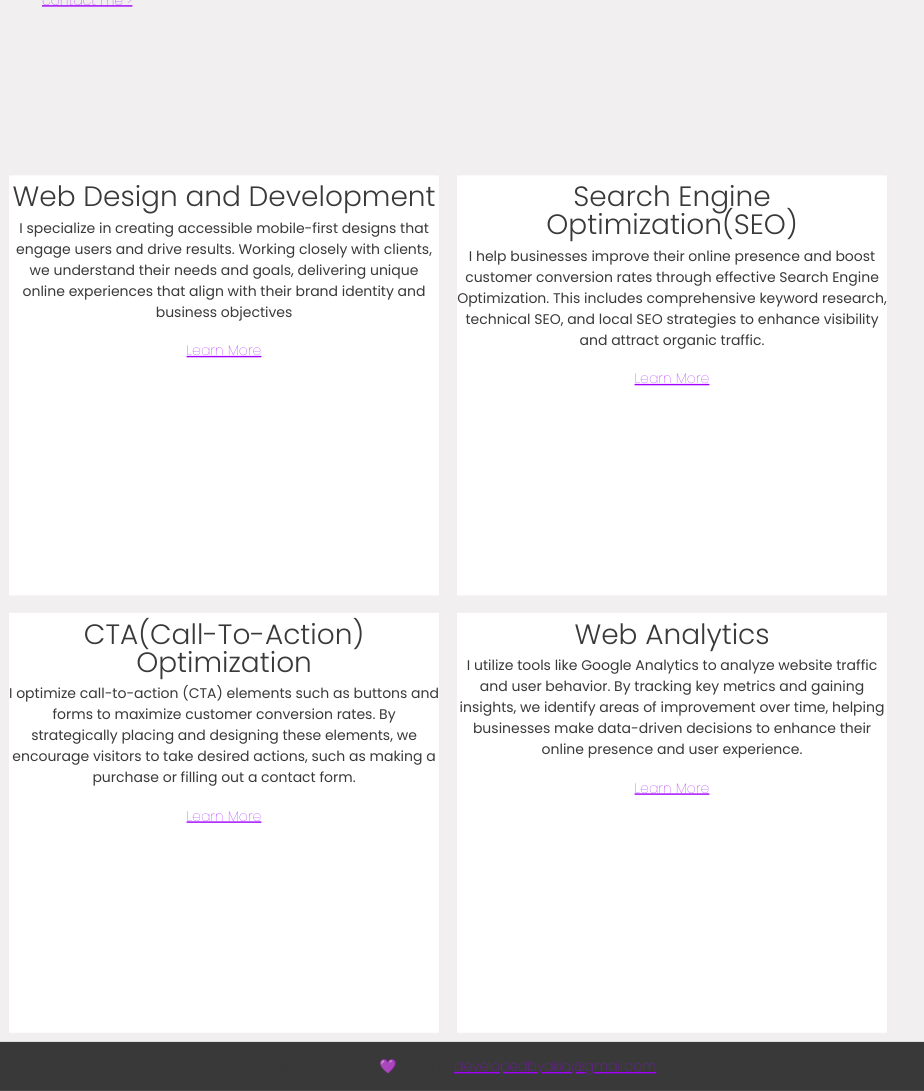
Repository: akiachenise/akiachenise.github.io
Page: index.html
The author's editor kept a copy of each file at every save. The page is drawn from the files as they stood at one save, then again after the next save.
The browser window is 1280 px wide. The page is 1320 px wide, so the pictures cover 1320 px, including what lies to the right of the window. The pictures show the part of the page from y = 499 to 2379 px (the page is 2057 px tall before and 3270 px after), at 70% of full size.

Above is the page before, as saved 2023-06-09 08:14:04.

### index.html
<!DOCTYPE html>
<html lang = "en">
<head>
     <meta charset="utf-8" />
     <title>Developed By Akia</title>
     <link rel="stylesheet" href="css/styles.css" />
     <meta name="viewport" content="width=device-width, initial-scale=1">
</head>
<body>
    <header>
        <div class="switch">
            <div class="flicker"></div>
            <div class="moon"></div>
        </div>
    </header>

    <section class="main">
        <div class="main-text">
            <h1>Hi I'm Akia</h1>
            <p>I'm a Full Stack Software Developer, and Accessibility Advocate</p>
            <br/>
            <p>I am passionate about Mindful Web Development and creating user-centric experiences</p>
            <br/>
            <a href="#footer">contact me ></a>
        </div>

        <div class="hero-image">
            <div class="cube" id="react"></div>
            <div class="cube" id="javascript"></div>
            <div class="cube" id="html"></div>
            <div class="cube" id="css"></div>
        </div>

        </section>
    <section class="sub-section">
        <div class="square" id="web-design">
            <h2>Web Design and Development</h2>
            <p>I specialize in creating accessible mobile-first designs that engage users and drive results. Working closely with clients, we understand their needs and goals, delivering unique online experiences that align with their brand identity and business objectives</p>
            </br>
            <a href="">Learn More</a>
        </div>
        <div class="square" id="search-engine">
            <h2>Search Engine Optimization(SEO)</h2>
            <p>I help businesses improve their online presence and boost customer conversion rates through effective Search Engine Optimization. This includes comprehensive keyword research, technical SEO, and local SEO strategies to enhance visibility and attract organic traffic.</p>
            </br>
            <a href="">Learn More</a>
        </div>
        <div class="square" id="call-to-action">
            <h2>CTA(Call-To-Action) Optimization</h2>
            <p>I optimize call-to-action (CTA) elements such as buttons and forms to maximize customer conversion rates. By strategically placing and designing these elements, we encourage visitors to take desired actions, such as making a purchase or filling out a contact form.</p>
            </br>
            <a href="">Learn More</a>
        </div>
        <div class="square" id="web-analytics">
            <h2>Web Analytics</h2>
            <p>I utilize tools like Google Analytics to analyze website traffic and user behavior. By tracking key metrics and gaining insights, we identify areas of improvement over time, helping businesses make data-driven decisions to enhance their online presence and user experience.</p>
            </br>
            <a href="">Learn More</a>
        </div>
<!--<div class="square" id="coming-soon"></div>
            <h2>COMING SOON: Mindful Melanin</h2>
            <p>As an additional offering, I am developing an accessible web application called Mindful Melanin. This platform empowers black women by providing daily affirmations, journaling spaces, and goal setting and tracking features. It promotes self-care, mental well-being, and personal growth in a modern and accessible way.</p>
            </br>
            <a href="">Learn More</a>
        </div>-->
    </section>

        <footer id ="footer">
            <p>Developed with 💜 By Akia <a href="mailto:developedbyakia@gmail.com">developedbyakia@gmail.com</a></p>


            <script src="js/scripts.js"></script>
        </body>
    </html>

### css/styles.css
@import url('https://fonts.googleapis.com/css2?family=Poppins:ital,wght@0,100;0,200;0,300;0,400;0,500;0,600;0,700;0,800;0,900;1,100;1,200;1,400;1,500;1,600;1,700;1,800;1,900&display=swap');

body {
    transition: 0.3s;
    margin: 0;
    padding: 0;
    background-color: rgb(241, 239, 239);
    font-family: 'Poppins', sans-serif;
    color: rgb(57, 57, 57);
}

h1 {
    font-size: 70px;
    line-height:70px;
    font-weight: 300;
    margin: 10px 0;
}

h2 {
    font-size: 40px;
    line-height: 40px;
    font-weight: 300;
    margin: 10px 0;
}

p {
    margin: 0px;
    font-size: 20px;
}

a {
    color:rgb(162, 0, 255);
    font-size: 20px;
    font-weight: 100;
}

.dark a {
    color: rgb(246, 169, 241);
}


header {
    display: flex;
    justify-content: flex-end;
    padding: 30px;
}

.switch {
  width: 80px;
  height: 40px;
  border-radius: 20px;
  background-color: rgb(39, 38, 38);
  position: relative;
}

.flicker {
  width: 30px;
  height: 30px;
  border-radius: 15px;
  background-color: rgb(255, 255, 255);
  position: absolute;
  top: 5px;
  left: 5px;
  transition: 0.3s;
  box-shadow:
    inset 4px 4px 4px rgb(255, 255, 255),
    inset -4px -4px 4px rgb(195 193 198 / 90%);
}

.dark {
    background-color: rgb(57, 57, 57);
    transition: 0.3s;
}

.moon {
    width: 20px;
    height: 20px;
    border-radius: 10px;
    box-shadow: 4px 4px 0 0 rgb(255, 255, 255);
    position: absolute;
    top: 5px;
    left: 45px;
}

.dark .flicker {
    transform: translateX(40px);
    transition: 0.3s;
}

.dark > * {
    color: rgb(255, 255, 255);
}

.main{
    height: 80vh;
    display: flex;
    flex-direction: row;
    justify-content: space-between;
    align-items: center;
    padding: 30px;
}
.main-text {
    padding: 30px;
    margin-bottom: 100px;
}

.square {
    width: 98%;
    margin: 1%;
    height: 350px;
    background-color: rgb(255, 255, 255);
    text-align: center;
}

.dark .square {
    background-color: rgb(71, 71, 71);
}
/*#web-design {
    background-image: url("../images/web-design.png");
    background-size: cover;
}

#search-engine {
    background-image: url("../images/search-engine.png");
    background-size: cover;
}

#call-to-action {
    background-image: url("../images/call-to-action.png");
    background-size: cover;
}

#web-analytics {
    background-image: url("../images/web-analytics.png");
    background-size: cover;
}

#coming-soon {
    background-image: url("../images/coming-soon-light.png");
    background-size: cover;
}
.dark #coming-soon {
    background-image: url("../images/coming-soon-dark.png");
    background-size: cover;
}*/

.sub-section {
    display: flex;
    flex-wrap: wrap;
}

.hero-image {
    position: relative;
    width: 50%;
    height: 350px;
    display: block;
    margin-bottom: 100px;
}

.cube {
    position: absolute;
    width: 80px;
    height: 79px;
    transform:rotate(-25deg) skew(25deg);
}

.cube:before {
    position: absolute;
    content: "";
    width: 21px;
    height: 79px;
    transform: skewY(-45deg);
    left: -20px;
    bottom: -10px;
}

.cube:after {
    position: absolute;
    content: "";
    width: 100%;
    height: 21px;
    transform: skewX(-45deg);
    left: -10px;
    bottom: -20px;
}

#html {
    left: 100px;
    bottom: 80px;
    background-image: url("../images/html-square.png");
    background-size: cover;
    background-color: rgb(175, 119, 227);
    box-shadow: rgb(50 50  50/ 15%);
}

#html:before {
    background-color: rgb(189, 154, 221);
}

#html:after {
    background-color: rgb(205, 188, 221);
}

#css {
    left: 250px;
    bottom: 240px;
    background-image: url("../images/css-square.png");
    background-size: cover;
    background-color: rgb(227, 119, 191);
    box-shadow: -100px 100px 20px rgb(50 50 50/ 15%);
  }

  #css:before {
    background-color: rgb(221, 154, 207);
  }

  #css:after {
    background-color: rgb(221, 188, 211);
  }

  #javascript {
    left: 450px;
    bottom: 200px;
    background-image: url("../images/javascript-square.png");
    background-size: cover;
    background-color: rgb(119, 227, 186);
    box-shadow: -40px 40px 20px rgb(50 50 50/ 15%);
  }

  #javascript:before {
    background-color: rgb(154, 221, 202);
  }

  #javascript:after {
    background-color: rgb(188, 221, 212);
  }

  #react {
    left: 350px;
    bottom: 40px;
    background-image: url("../images/react-square.png");
    background-size: cover;
    background-color: rgb(119, 193, 227);
    box-shadow: -80px 80px 20px rgb(50 50 50/ 15%);
  }

  #react:before {
    background-color: rgb(154, 189, 221);
  }

  #react:after {
    background-color: rgb(188, 200, 221);
  }


footer {
    background-color: rgb(57, 57, 57);
    width: 100%;
    padding: 20px;
    display: flex;
    font-family: poppins;
    align-items: center;
    justify-content: center;
}

.dark footer {
    background-color: rgb(8, 8, 8);
    width: 100%;
    padding: 20px;
    display: flex;
    font-family: poppins;
    align-items: center;
    justify-content: center;
}


@media only screen and (min-width: 970px) {
    .main-text {
        width: 50%;
    }
    .square {
        width: 48%;
        margin: 1%;
        height: 600px;
    }
}

@media only screen and (max-width: 1300px) {
    .hero-image {
        display: none;
    }
}

### js/scripts.js
const switchElement = document.querySelector('.switch')

switchElement.addEventListener('click', () => {
  document.body.classList.toggle('dark')
})

After the next save:
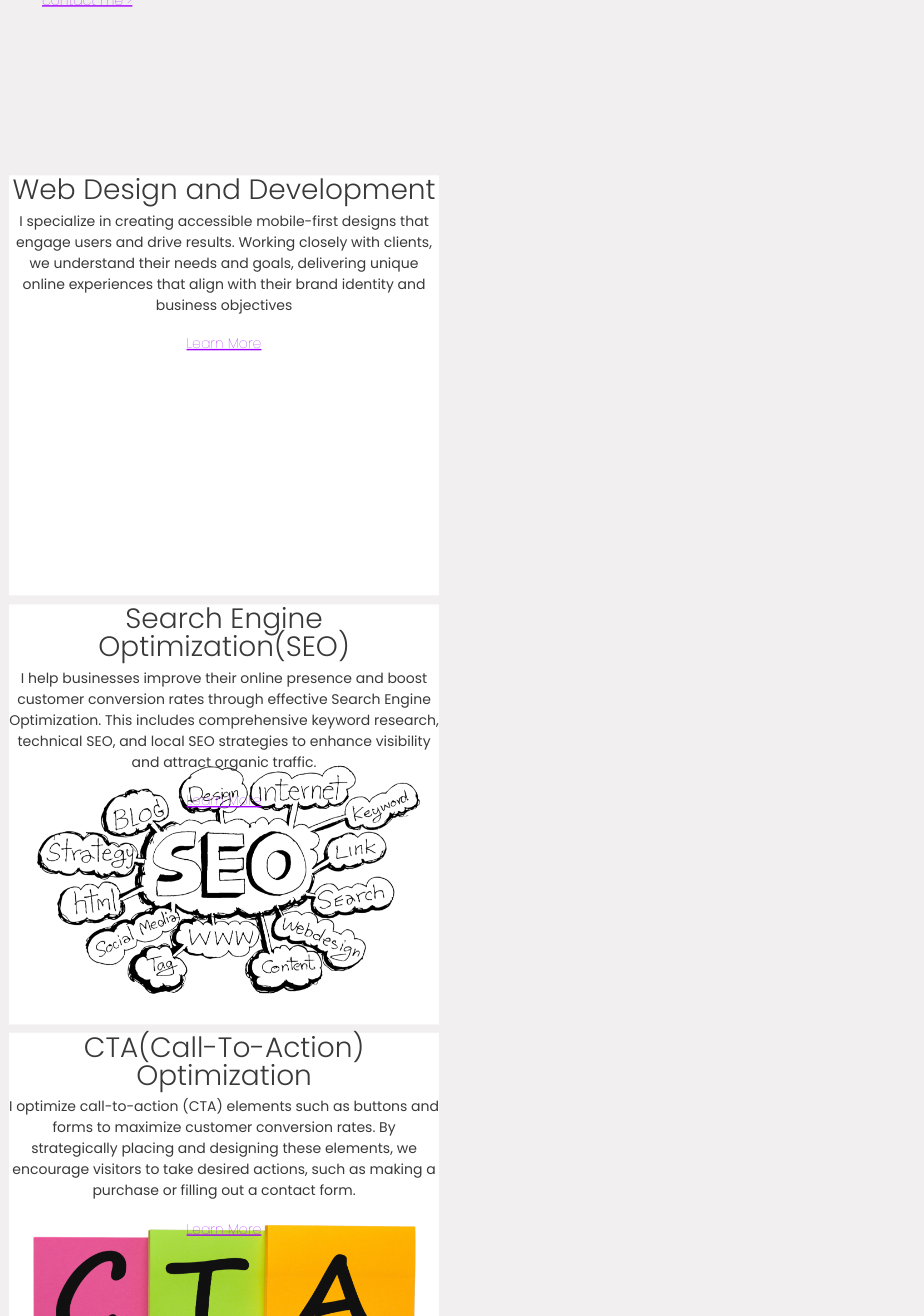
Saved 5 min 5 s later.
--- a/css/styles.css
+++ b/css/styles.css
@@ -115,8 +115,8 @@ header {
 .dark .square {
     background-color: rgb(71, 71, 71);
 }
-/*#web-design {
-    background-image: url("../images/web-design.png");
+
+#web-design {
     background-size: cover;
 }
 
